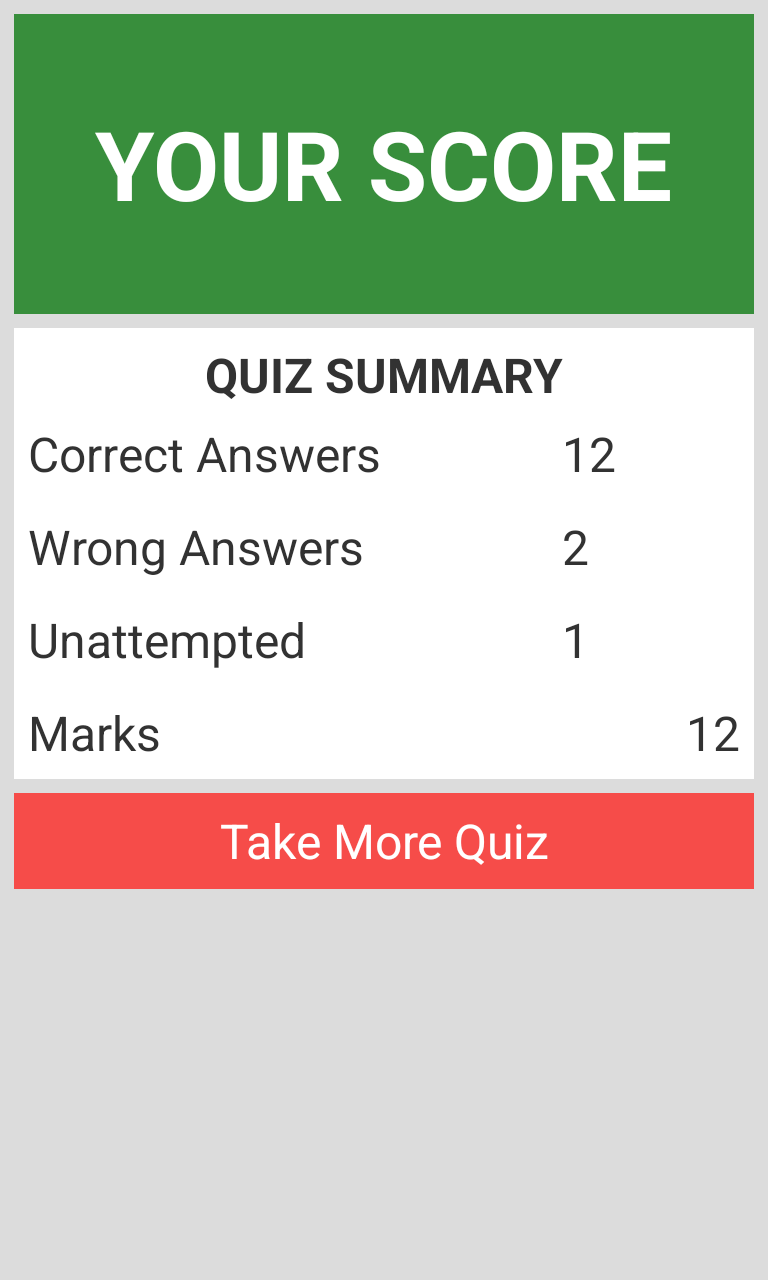
Repository: Harshil737/Career-Launcher
Layout: CareerLauncher/res/layout/activity_test_result_page.xml
An editor plug-in stored every save of this project. The layout is shown before and after the next save, followed by the edit.
It is drawn on a 768 x 1280 px phone screen (xhdpi) without system bars, with theme AppTheme; the app's code is not run.

Above is the layout before, as saved 2017-11-04 14:27:17.

### CareerLauncher/res/layout/activity_test_result_page.xml
<RelativeLayout xmlns:android="http://schemas.android.com/apk/res/android"
    xmlns:tools="http://schemas.android.com/tools"
    android:layout_width="match_parent"
    android:layout_height="match_parent"
    android:background="@color/offWhite"
    android:paddingBottom="@dimen/activity_vertical_margin"
    android:paddingLeft="@dimen/activity_horizontal_margin"
    android:paddingRight="@dimen/activity_horizontal_margin"
    android:paddingTop="@dimen/activity_vertical_margin"
    tools:context=".TestResultPage" >

    <RelativeLayout
        android:id="@+id/test_result_page_tmp1"
        android:layout_width="match_parent"
        android:layout_height="150dp"
        android:background="@color/Green" >

        <TextView
            android:id="@+id/test_result_page_tv_score"
            android:layout_width="wrap_content"
            android:layout_height="wrap_content"
            android:layout_centerHorizontal="true"
            android:layout_centerVertical="true"
            android:text="YOUR SCORE"
            android:textColor="@color/colorWhite"
            android:textSize="48sp"
            android:textStyle="bold" />
    </RelativeLayout>

    <LinearLayout
        android:id="@+id/test_result_page_tmp"
        android:layout_width="match_parent"
        android:layout_height="wrap_content"
        android:layout_below="@id/test_result_page_tmp1"
        android:layout_marginTop="7dp"
        android:background="@color/colorWhite"
        android:orientation="vertical" >

        <TextView
            android:layout_width="match_parent"
            android:layout_height="wrap_content"
            android:layout_marginTop="7dp"
            android:gravity="center_horizontal"
            android:text="QUIZ SUMMARY"
            android:textSize="24sp"
            android:textStyle="bold" />

        <LinearLayout
            android:layout_width="match_parent"
            android:layout_height="wrap_content"
            android:layout_margin="7dp"
            android:orientation="horizontal" >

            <TextView
                android:layout_width="0dp"
                android:layout_height="wrap_content"
                android:layout_weight="3"
                android:text="Correct Answers"
                android:textSize="24sp" />

            <TextView
                android:id="@+id/test_result_tv_correct"
                android:layout_width="0dp"
                android:layout_height="wrap_content"
                android:layout_weight="1"
                android:text="12"
                android:textSize="24sp" />
        </LinearLayout>

        <LinearLayout
            android:layout_width="match_parent"
            android:layout_height="wrap_content"
            android:layout_margin="7dp"
            android:orientation="horizontal" >

            <TextView
                android:layout_width="0dp"
                android:layout_height="wrap_content"
                android:layout_weight="3"
                android:text="Wrong Answers"
                android:textSize="24sp" />

            <TextView
                android:id="@+id/test_result_tv_wrong"
                android:layout_width="0dp"
                android:layout_height="wrap_content"
                android:layout_weight="1"
                android:text="2"
                android:textSize="24sp" />
        </LinearLayout>

        <LinearLayout
            android:layout_width="match_parent"
            android:layout_height="wrap_content"
            android:layout_margin="7dp"
            android:orientation="horizontal" >

            <TextView
                android:layout_width="0dp"
                android:layout_height="wrap_content"
                android:layout_weight="3"
                android:text="Unattempted"
                android:textSize="24sp" />

            <TextView
                android:id="@+id/test_result_tv_unattempted"
                android:layout_width="0dp"
                android:layout_height="wrap_content"
                android:layout_weight="1"
                android:text="1"
                android:textSize="24sp" />
        </LinearLayout>

        <LinearLayout
            android:layout_width="match_parent"
            android:layout_height="wrap_content"
            android:layout_margin="7dp"
            android:orientation="horizontal" >

            <TextView
                android:layout_width="0dp"
                android:layout_height="wrap_content"
                android:layout_weight="3"
                android:text="Marks"
                android:textSize="24sp" />

            <TextView
                android:id="@+id/test_result_tv_marks"
                android:layout_width="0dp"
                android:layout_height="wrap_content"
                android:layout_weight="1"
                android:gravity="right"
                android:text="12"
                android:textSize="24sp" />
        </LinearLayout>
    </LinearLayout>

    <Button
        android:id="@+id/test_result_btn_home"
        android:layout_width="match_parent"
        android:layout_height="wrap_content"
        android:layout_below="@id/test_result_page_tmp"
        android:layout_gravity="center_horizontal"
        android:layout_marginTop="7dp"
        android:background="#f64c49"
        android:text="Take More Quiz"
        android:textColor="#FFFFFF"
        android:textSize="24sp" />

</RelativeLayout>

### CareerLauncher/res/values/styles.xml
<resources>

    <style name="AppBaseTheme" parent="android:Theme.Light"></style>

    <!-- Application theme. -->
    <style name="AppTheme" parent="AppBaseTheme"></style>

</resources>

### CareerLauncher/res/values/colors.xml
<?xml version="1.0" encoding="utf-8"?>
<resources>

    <color name="colorPrimary">#3F51B5</color>
    <color name="colorPrimaryDark">#303F9F</color>
    <color name="colorAccent">#FF4081</color>
    <color name="colorWhite">#FFFFFF</color>
    <color name="offWhite">#dcdcdc</color>
    <color name="Black">#000000</color>
    <color name="Green">#388e3c</color>
    <color name="lightGreen">#00c853</color>
    <color name="Grey">#9e9e9e</color>
    <color name="yellow">#ffd600</color>

</resources>

Loaded but not shown: CareerLauncher/res/values-v11/styles.xml (common file); CareerLauncher/res/values-v14/styles.xml (common file); CareerLauncher/res/values/dimens.xml (common file)

After the next save:
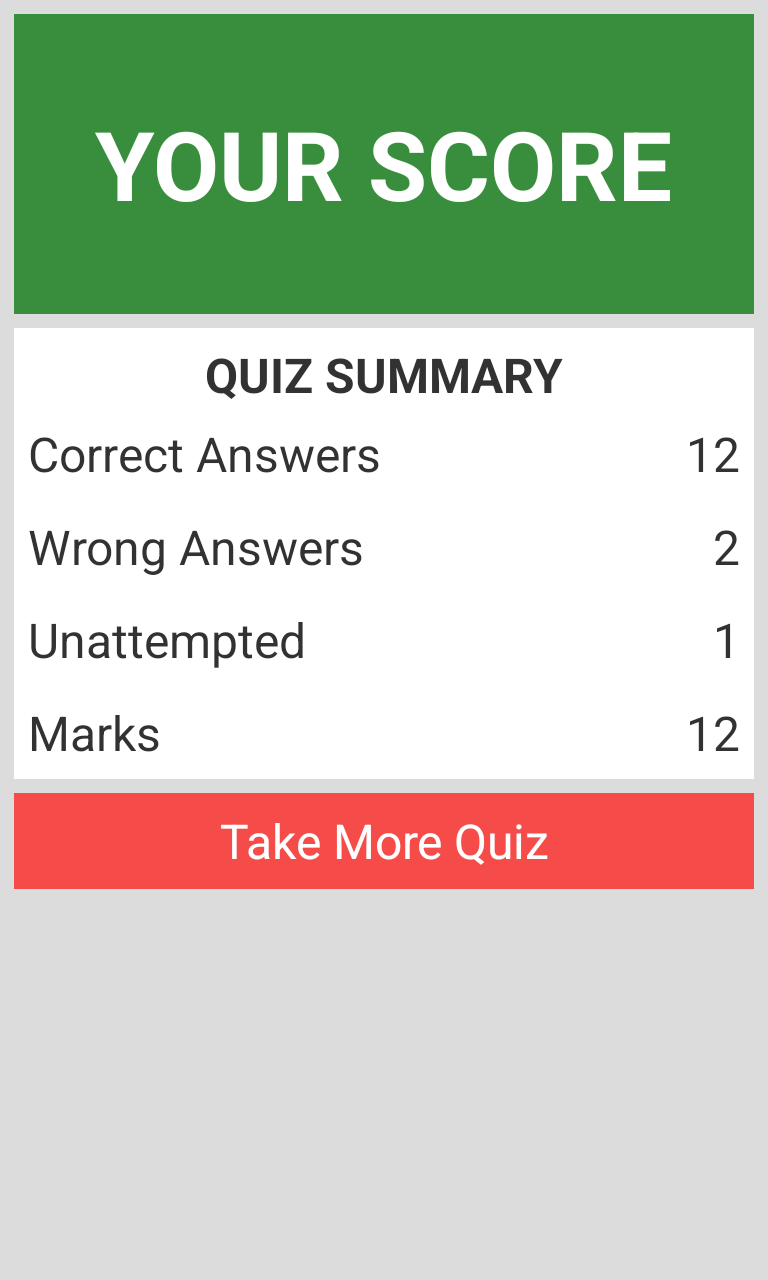
Saved 24 s later.
--- a/CareerLauncher/res/layout/activity_test_result_page.xml
+++ b/CareerLauncher/res/layout/activity_test_result_page.xml
@@ -63,6 +63,7 @@
                 android:layout_width="0dp"
                 android:layout_height="wrap_content"
                 android:layout_weight="1"
+                android:gravity="right"
                 android:text="12"
                 android:textSize="24sp" />
         </LinearLayout>
@@ -85,6 +86,7 @@
                 android:layout_width="0dp"
                 android:layout_height="wrap_content"
                 android:layout_weight="1"
+                android:gravity="right"
                 android:text="2"
                 android:textSize="24sp" />
         </LinearLayout>
@@ -107,6 +109,7 @@
                 android:layout_width="0dp"
                 android:layout_height="wrap_content"
                 android:layout_weight="1"
+                android:gravity="right"
                 android:text="1"
                 android:textSize="24sp" />
         </LinearLayout>
